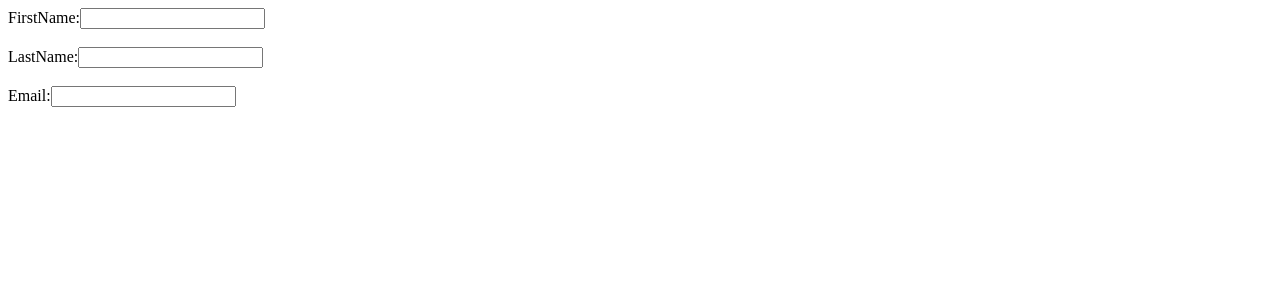
Repository: sandipgole/Myservlet
Page: WebATM/WebContent/SignUp.html
These files come from the project's save history. The page is drawn as it stood at one moment and after the next save; the edit follows.
The browser window is 1280 px wide. The pictures show the whole page.

Above is the page before, as saved 2019-06-25 04:38:36.

### WebATM/WebContent/SignUp.html
<!DOCTYPE html>
<html>
<head>
<meta charset="ISO-8859-1">
<title>signup form request</title>
</head>
<body>
<form action="./signup" methode="Post">
FirstName:<input type="text" name="fname"><br><br>
LastName:<input type="text" name="lname"><br><br>
Email:<input type="text" name ="email">




</form>

</body>
</html>

After the next save:
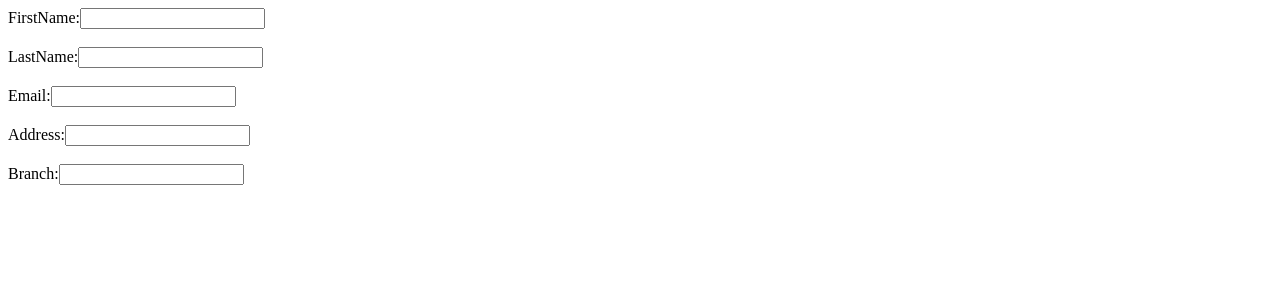
Saved 103 s later.
--- a/WebATM/WebContent/SignUp.html
+++ b/WebATM/WebContent/SignUp.html
@@ -8,7 +8,10 @@
 <form action="./signup" methode="Post">
 FirstName:<input type="text" name="fname"><br><br>
 LastName:<input type="text" name="lname"><br><br>
-Email:<input type="text" name ="email">
+Email:<input type="text" name ="email"><br><br>
+Address:<input type="text" name="address"><br><br>
+Branch:<input type="text" name ="branch"><br><br>
+
 
 
 
